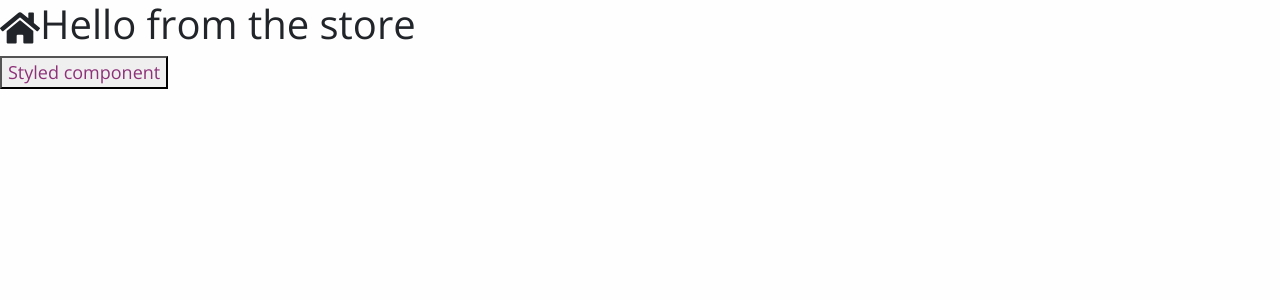
Repository: CaptainStorm21/react16-techstore
Page: /
The author's editor kept a copy of each file at every save. The page is drawn from the files as they stood at one save, then again after the next save.
The browser window is 1280 px wide. The pictures show the whole page.
Some web fonts or font styles are not loaded; a fallback is used. The project was rebuilt for these pictures with package versions that can differ from the ones it lists, and the page was loaded fresh each time.

Above is the page before, as saved 2020-05-07 01:04:27.

### public/index.html
<!DOCTYPE html>
<html lang="en">
  <head>
    <meta charset="utf-8" />
    <link rel="icon" href="%PUBLIC_URL%/favicon.ico" />
    <meta name="viewport" content="width=device-width, initial-scale=1" />
    <meta name="theme-color" content="#000000" />
    <meta
      name="description"
      content="Web site created using create-react-app"
    />
    <link rel="apple-touch-icon" href="%PUBLIC_URL%/logo192.png" />
    <!--
      manifest.json provides metadata used when your web app is installed on a
      user's mobile device or desktop. See https://developers.google.com/web/fundamentals/web-app-manifest/
    -->
    <link rel="manifest" href="%PUBLIC_URL%/manifest.json" />
    <!--
      Notice the use of %PUBLIC_URL% in the tags above.
      It will be replaced with the URL of the `public` folder during the build.
      Only files inside the `public` folder can be referenced from the HTML.

      Unlike "/favicon.ico" or "favicon.ico", "%PUBLIC_URL%/favicon.ico" will
      work correctly both with client-side routing and a non-root public URL.
      Learn how to configure a non-root public URL by running `npm run build`.
    -->
    <title>Tech Store</title>
  </head>
  <body>
    <noscript>You need to enable JavaScript to run this app.</noscript>
    <div id="root"></div>
    <!--
      This HTML file is a template.
      If you open it directly in the browser, you will see an empty page.

      You can add webfonts, meta tags, or analytics to this file.
      The build step will place the bundled scripts into the <body> tag.

      To begin the development, run `npm start` or `yarn start`.
      To create a production bundle, use `npm run build` or `yarn build`.
    -->
  </body>
</html>

### src/App.js
import React from 'react';
import './App.css';
import  'bootstrap/dist/css/bootstrap.min.css';
import styled from 'styled-components';


import {FaHome} from 'react-icons/fa';

function App() {
  return (
    <div >
     <h1><FaHome/>Hello from the store</h1>
     <Button> Styled component </Button>
    </div>
  );
}

const Button = styled.button`
color: #8E3179;
background: orangeyellow;
font-size: 18px;

`;

export default App;

### src/App.css
@import url("https://fonts.googleapis.com/css?family=Monda:400,700|Open+Sans:400,700|Raleway:400,700&display=swap");

/* font-family: 'Raleway', sans-serif;
font-family: 'Open Sans', sans-serif;
font-family: 'Monda', sans-serif;
*/

/* sass */
:root {
  --primaryColor: #0a74bb;
  --primaryRGBA: rgba(0, 0, 0, 0.3);
  --mainGrey: #fffefede !important;
  --darkGrey: #1a1110;
  --mainWhite: #fff;
  --mainBlack: #222;
  --mainTransition: all 0.3s ease-in-out;
  --mainSpacing: 0.3rem;
}

.text-title {
  font-family: "Monda", sans-serif;
  font-weight: bold;
  letter-spacing: var(--mainSpacing);
  text-transform: capitalize;
}

.text-main {
  color: var(--primaryColor);
}

body {
  font-family: "Open Sans", sans-serif !important;
  background-color: var(--mainGrey) !important;
  color: var(--mainBlack);
}

Loaded but not shown: src/index.js (common file); src/index.css (common file); src/serviceWorker.js (common file)

After the next save:
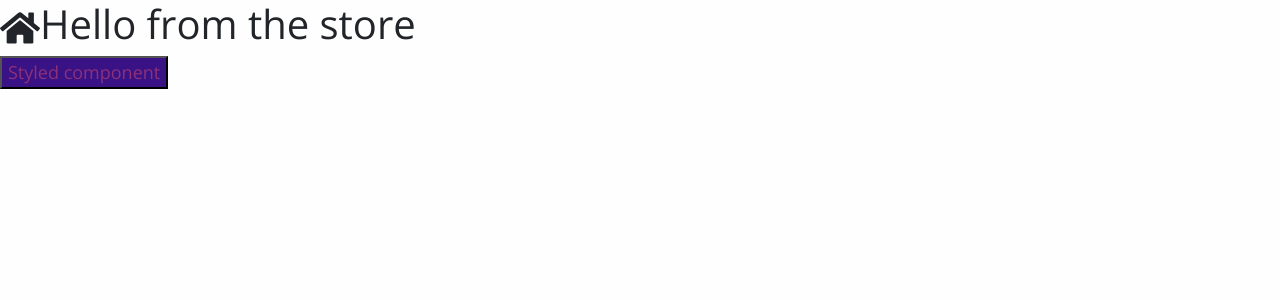
Saved 24 s later.
--- a/src/App.js
+++ b/src/App.js
@@ -17,7 +17,7 @@ function App() {
 
 const Button = styled.button`
 color: #8E3179;
-background: orangeyellow;
+background: #391285;
 font-size: 18px;
 
 `;
